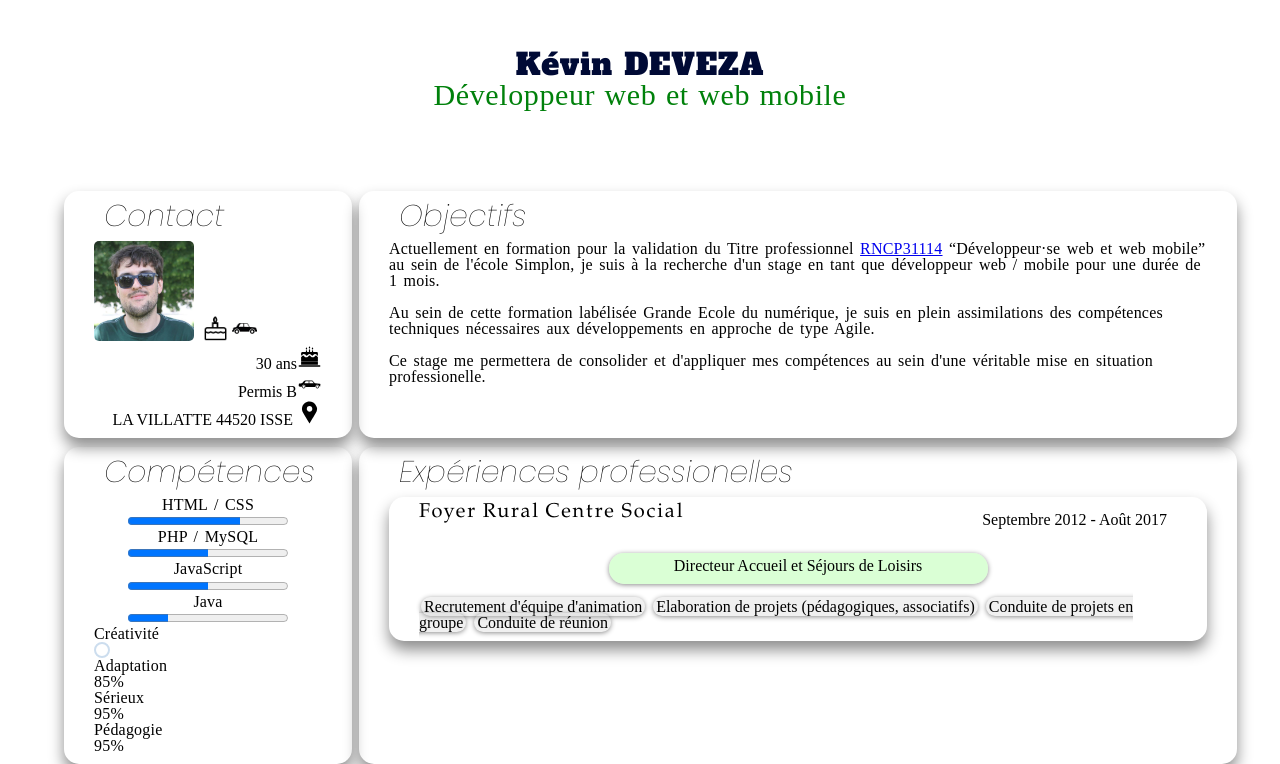
Repository: KevinDvZ/kevindvz.github.io
Page: index.html
The author's editor kept a copy of each file at every save. The page is drawn from the files as they stood at one save, then again after a run of saves.
The browser window is 1280 px wide. The pictures show the whole page.

Above is the page before, as saved 2020-10-31 16:14:12.

### index.html
<!DOCTYPE html>
<html>
    <!--HEADER-->
<head>
    <title id="nomprenom">DEVEZA Kevin - Développeur Web et Web mobile.</title>
        <meta charset="utf-8" />
        <meta name="description" contents="CV de Kévin DEVEZA, développeur web  et web mobile junior."/>
        <link rel="stylesheet" href="css/cv_deveza.css" />
        <link rel="stylesheet" href="css/reset.css"/>
        <link href="https://fonts.googleapis.com/css2?family=Alfa+Slab+One&display=swap" rel="stylesheet">
        <link href="https://fonts.googleapis.com/css2?family=Abril+Fatface&display=swap" rel="stylesheet">
        <link href="https://fonts.googleapis.com/css2?family=Poppins:ital,wght@1,100&display=swap" rel="stylesheet">
        <meta name="viewport" content="width=device-width, initial-scale=1.0">    </head>

<body>

<header>

    <div class="text-center">
         <h1 id="nomprenom">Kévin DEVEZA</h1>
         <p id="metier">Développeur web et web mobile</p>
    </div>
</header>

<nav>
        <a class="menu" href="#intro">Objectif</a>
        <a class="menu" href="#experience">Expérience professionelles</a>
        <a class="menu" href="#langages">Compétences en développement</a>
        <a class="menu" href="#formations">Formations</a>
        <a class="menu" href="#interets">Centres d'intérêt</a>
        <a class="menu" href="#contact">Contact</a>
</nav>

<main>

<div class="cadre" id="cadre-obj">
        <h2 class="entete">Objectifs</h2>

    <p class="p-center"><p>Actuellement en formation pour la validation du Titre professionnel <a href="https://www.francecompetences.fr/recherche/rncp/31114/" target="_blank" rel="noopener">RNCP31114</a> <em>&ldquo;D&eacute;veloppeur&middot;se web et web mobile&rdquo;</em> au sein de l'&eacute;cole <em>Simplon</em>, je suis &agrave; la recherche d'un stage en tant que d&eacute;veloppeur web / mobile pour une dur&eacute;e de<em> 1 mois.</em><em></em></p>
    <p></p><br>
    <p>Au sein de cette formation lab&eacute;lis&eacute;e Grande Ecole du num&eacute;rique, je suis en plein assimilations des comp&eacute;tences techniques n&eacute;cessaires aux d&eacute;veloppements en approche de type Agile.</p>
    <p></p><br>
    <p>Ce stage me permettera de consolider et d'appliquer mes comp&eacute;tences au sein d'une v&eacute;ritable mise en situation professionelle.</p>
    <p></p></p>
</div>

<div id="cadre-contact" class="cadre">
          <h2 class="entete">Contact</h2>
      <img src="assets/img/solaire_cv.jpg" alt="image_profil" class="img">
      <img src="assets/icones/birthday_cake.png" alt="" class="icone">
      <img src="assets/icones/car.png" alt="" class="icone">
      <ul class="contact-liste">
        <li>30 ans<img src="assets/icones/birthday-cake.svg" class="icone"></li>
        <li>Permis B<img src="assets/icones/car.svg" alt="" class="icone"></li>
        <li>LA VILLATTE 44520 ISSE <img src="assets/icones/map.svg" class="icone"></li>
     </ul>
    </div>

<div class="cadre" id="skills">
    <h2 class="entete">Compétences</h2>
                    <div class="cadre-jauges">

        <p>HTML / CSS<p>
        <progress id="file" max="100" value="70"> 70% </progress>
        <p>PHP / MySQL</p>
        <progress id="file" max="100" value="50"> 50% </progress>
        <p>JavaScript</p>
        <progress id="file" max="100" value="50"> 30% </progress>
        <p>Java<p>
        <progress id="file" max="100" value="25"> 25% </progress>
</div>
<div id="soft-skills">
    <p>Créativité</p>
    <div class="progress-circle" data-value="38">
        <div class="progress-masque">
            </div>
    </div>
    <p>Adaptation</p>
    <p>85%</p>
    <p>Sérieux</p>
    <p>95%</p>
    <p>Pédagogie</p>
    <p>95%</p>
</div>
    </div>

<div class="cadre" id="cadre-exp">
            <h2 class="entete">Expériences professionelles</h2>

             <div class="cadre" id="experiences">
                <h2 class="entreprise">Foyer Rural Centre Social</h2>
                <h3 class="dates">Septembre 2012 - Août 2017</h3>
                <div class="cadre" >Directeur Accueil et Séjours de Loisirs</div>
                <div class="cadre" id="competences_exp">Recrutement d'équipe d'animation</div>
                <div class="cadre" id="competences_exp">Elaboration de projets (pédagogiques, associatifs)</div>
                <div class="cadre" id="competences_exp">Conduite de projets en groupe</div>
                <div class="cadre" id="competences_exp">Conduite de réunion</div>
            </div>


</div>



</main>
<body>
</html>

### css/cv_deveza.css
header {
  padding: 30px;
  text-align: center;
}

.text-center {
  display: inline-block;
  text-align: center;
  padding: 50px;
}

#nomprenom {
  font-family: "Alfa Slab One", cursive;
  font-size: 30px;
  letter-spacing: 0.8px;
  word-spacing: 1.4px;
  color: #000a35;
}

#metier {
  font-size: 30px;
  letter-spacing: 0.6px;
  word-spacing: 1.4px;
  color: #00810b;
  margin-bottom: auto;
}

nav {
  visibility: hidden;
  display: inline-block;
  text-align: center;
  width: 100%;
  margin-bottom: 30px;
}
p {
  font-family: Georgia, serif;
  font-size: 14px;
  letter-spacing: 0.2px;
  word-spacing: 2.2px;
  color: #000000;
  font-weight: 400;
  text-decoration: rgb(68, 68, 68);
  font-style: normal;
  font-variant: normal;
  text-transform: none;
}

.pcenter {
  text-align: center;
}
.menu {
  margin: 3px 3px 3px 3px;
}

body {
  background: rgb(255, 255, 255);
}

main {
  margin-top: 50px;
  display: grid;
  gap: 9px 7px;
  height: auto;
  margin: 15px 5% auto 5%;
  grid-template-columns: repeat(4, 25%);
  grid-template-rows: auto;
  grid-template-areas:
    "contact obj obj obj"
    "skills exp exp exp";
}

#cadre-obj {
  grid-area: obj;
  z-index: -5;
}

.entreprise {
  font-family: "Palatino Linotype", "Book Antiqua", Palatino, serif;
  font-size: 20px;
  letter-spacing: 1.8px;
  word-spacing: -1px;
  color: #000000;
  font-weight: 1;
  text-decoration: none;
  font-style: normal;
  font-variant: normal;
  text-transform: none;
}
h3 {
  text-align: right;
}

#cadre-contact {
  grid-area: contact;
  z-index: -50;
}

#cadre-exp {
  grid-area: exp;
  z-index: 100;
}

.img {
  max-height: 100px;
  min-height: 60px;
  width: auto;
  margin-right: 5px;
  border-radius: 5px;
}

.contact-liste li {
  list-style-type: none;
  text-align: right;
  position: inline;
}

.entete {
  font-family: "Abril Fatface", cursive;
  font-size: 30px;
  display: block;
  font-family: "Poppins", sans-serif;
  margin: 5px auto 10px 10px;
}

.cadre {
  box-shadow: 0 9px 15px rgba(0, 0, 0, 0.45);
  display: block;
  padding: 5px 30px 10px 30px;
  border-radius: 15px;
}

#skills {
  grid-area: skills;
  z-index: 2;
}

.cadre-jauges {
  text-align: center;
  display: block;
  position: relative;
}
.icone {
  width: 25px;
  position: inherit;
  top: 5px;
  left: 5px;
}

.progress-circle {
  position: inline; /* pour servir de référent */
  box-sizing: border-box; /* prise en compte bordure dans la dimension */
  font-size: 1em; /* pour définir les dimensions */
  width: 1em; /* fixe la largeur */
  height: 1em; /* fixe la hauteur */
  border-radius: 100%; /* rendu aspect circulaire */
  border: 0.15em solid #cde; /* couleur de fond de l'anneau */
  background-color: rgba(
    255,
    255,
    255,
    0
  ); /* couleur de fond de la progress bar */
}

.progress-masque {
  display: block;
}

#experiences .cadre {
  display: block;
  box-shadow: 0 1px 5px rgba(0, 0, 0, 0.45);
  background-color: #bfffb794;
  margin: 25px 25% 15px 25%;
  text-align: center;
}

#experiences .dates {
  margin: -10px 10px 10px 10px;
}
.cadre #competences_exp {
  display: inline;
  padding: 1px 3px 1px 3px;
  margin: 5px 2px 2px 2px;
  text-align: left;
  background-color: rgba(197, 197, 197, 0.253);
}

Loaded but not shown: css/reset.css (common file)

After the next 2 saves:
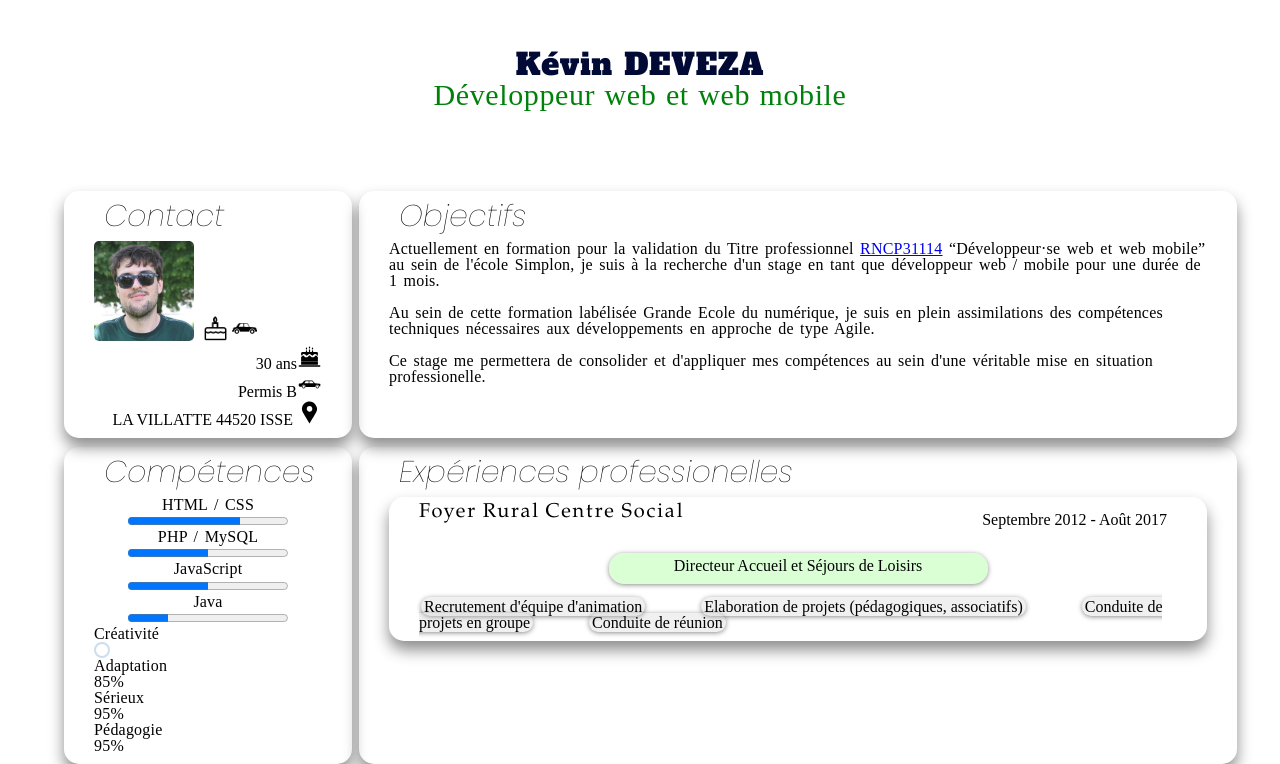
The 2 saves are shown as one change because they came seconds apart.
The last was saved 24 s later.
--- a/css/cv_deveza.css
+++ b/css/cv_deveza.css
@@ -180,7 +180,7 @@
 .cadre #competences_exp {
   display: inline;
   padding: 1px 3px 1px 3px;
-  margin: 5px 2px 2px 2px;
+  margin: 5px 50px 2px 2px;
   text-align: left;
   background-color: rgba(197, 197, 197, 0.253);
 }

After the save that followed:
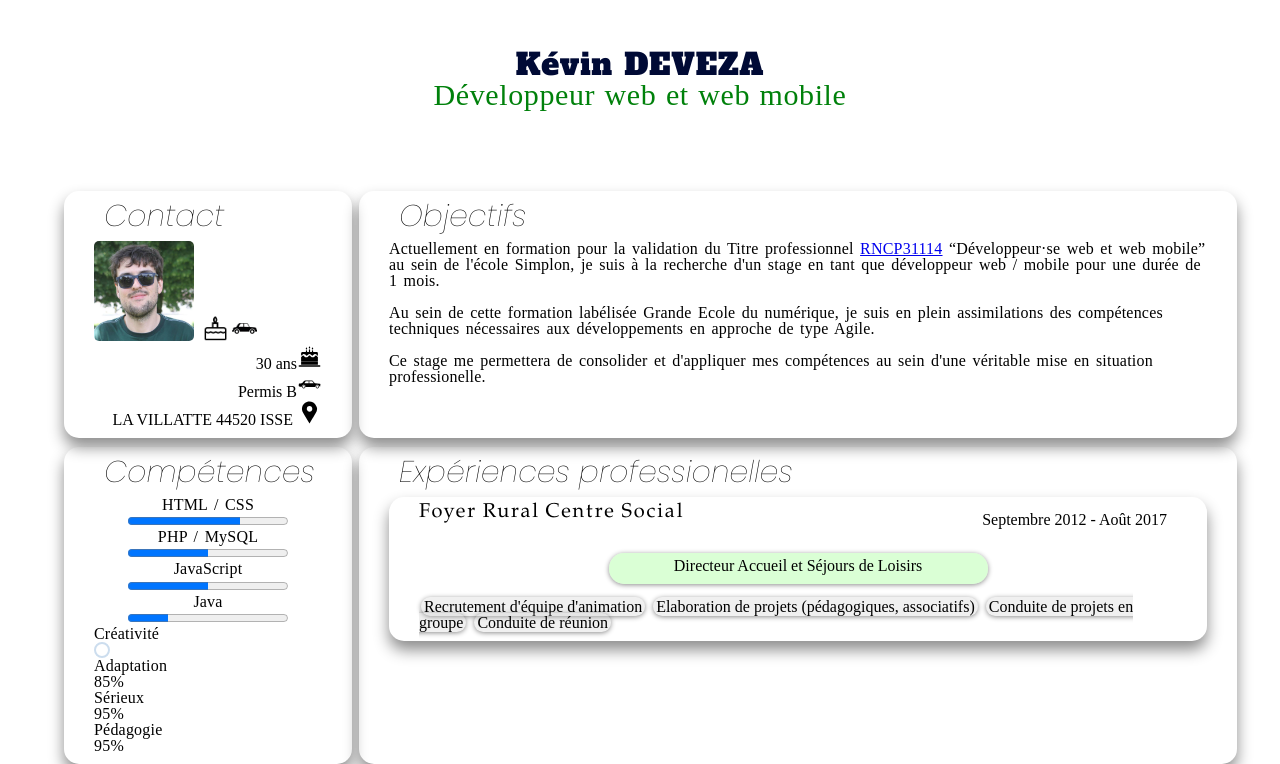
Saved 12 s later.
--- a/css/cv_deveza.css
+++ b/css/cv_deveza.css
@@ -180,7 +180,7 @@
 .cadre #competences_exp {
   display: inline;
   padding: 1px 3px 1px 3px;
-  margin: 5px 50px 2px 2px;
+  margin: 5px 2px 20px 2px;
   text-align: left;
   background-color: rgba(197, 197, 197, 0.253);
 }
